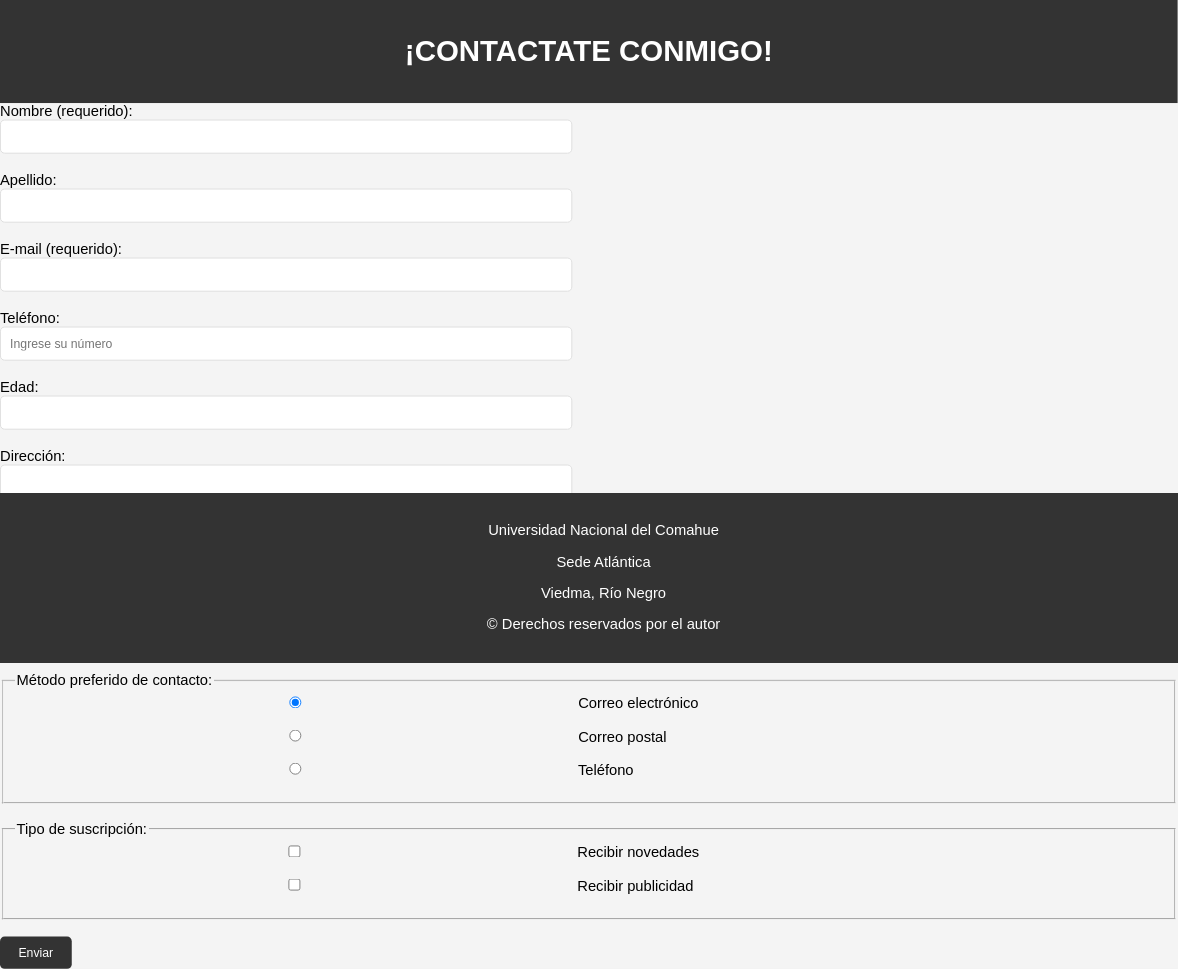
Repository: SofiaSferco/LaboratoriosPEYLW-SofiaSferco
Page: correcciones/contacto.html
An editor plug-in stored every save of this project. The page is shown before and after the next save, followed by the edit.
The browser window is 1280 px wide. The pictures show the whole page, at 92% of full size.

Above is the page before, as saved 2024-10-31 20:27:37.

After the next save:
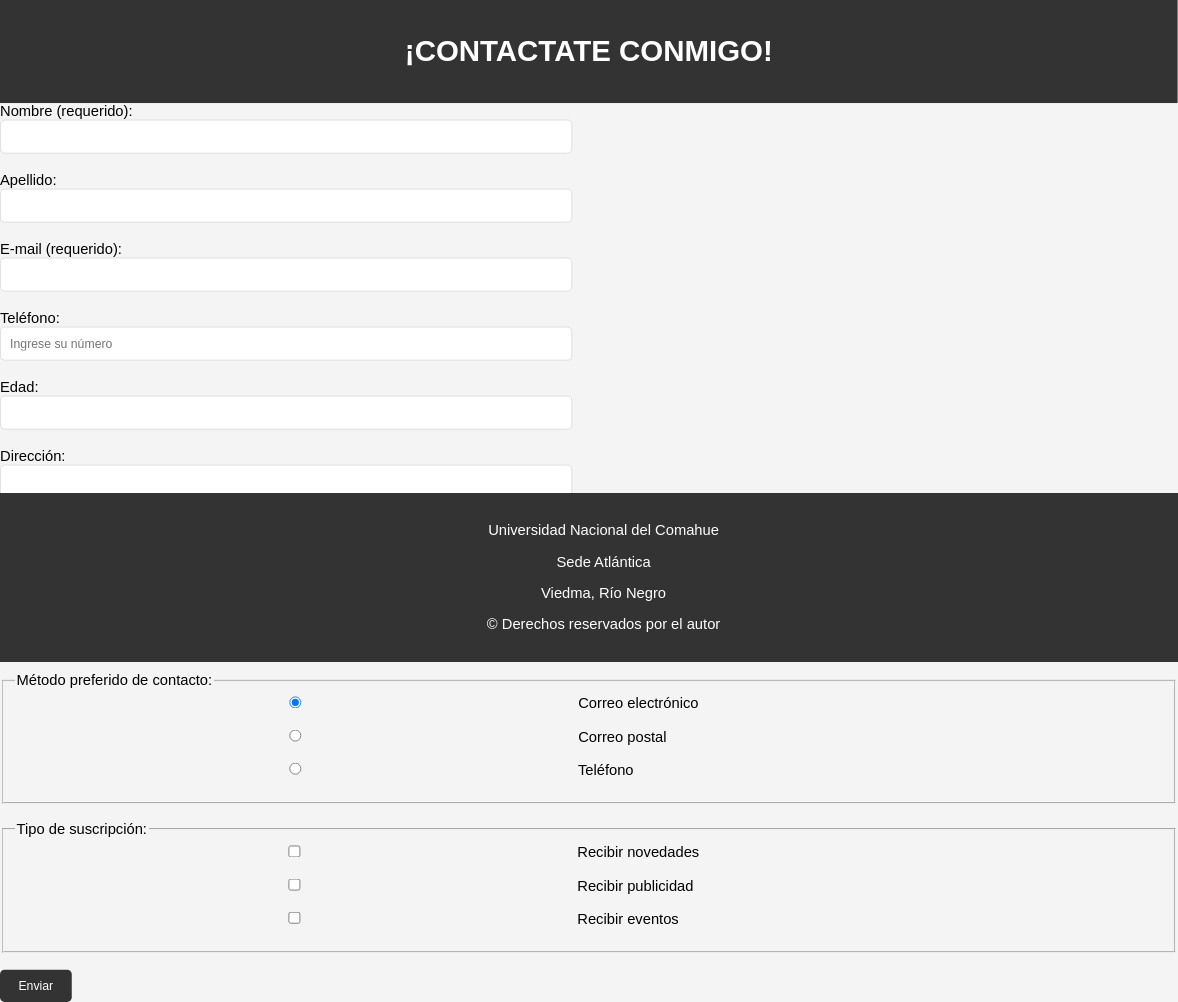
Saved 5 min 12 s later.
--- a/correcciones/contacto.html
+++ b/correcciones/contacto.html
@@ -25,7 +25,7 @@
             <input type="email" id="email" name="email" required><br>
 
             <label for="tel">Teléfono:</label><br>
-            <input type="tel" id="tel" name="tel" placeholder="Ingrese su número"><br>
+            <input type="tel" id="tel" name="telefono" placeholder="Ingrese su número"><br>
 
             <label for="edad">Edad:</label><br>
             <input type="number" id="edad" name="edad" min="16" max="120"><br>
@@ -43,24 +43,28 @@
             </datalist><br>
 
             <label for="codpos">Código Postal:</label><br>
-            <input type="text" id="codpos" name="codpos" pattern="[A-Z]\d{4}[A-Z]{3}" title="El formato debe tener la forma A1234ABC"><br>
+            <input type="text" id="codpos" name="codigo_postal" pattern="[A-Z]\d{4}[A-Z]{3}" title="El formato debe tener la forma A1234ABC"><br>
 
+            <!-- Método preferido de contacto: todos los inputs comparten el mismo atributo name -->
             <fieldset>
                 <legend>Método preferido de contacto:</legend>
-                <input type="radio" name="contacto" id="correo_electronico" checked>
+                <input type="radio" name="contacto_preferido" id="correo_electronico" value="correo_electronico" checked>
                 <label for="correo_electronico">Correo electrónico</label><br>
-                <input type="radio" name="contacto" id="correo_postal">
+                <input type="radio" name="contacto_preferido" id="correo_postal" value="correo_postal">
                 <label for="correo_postal">Correo postal</label><br>
-                <input type="radio" name="contacto" id="telefono">
+                <input type="radio" name="contacto_preferido" id="telefono" value="telefono">
                 <label for="telefono">Teléfono</label>
             </fieldset><br>
 
+            <!-- Tipo de suscripción: todos los inputs comparten el mismo atributo name -->
             <fieldset>
                 <legend>Tipo de suscripción:</legend>
-                <input type="checkbox" id="novedades">
+                <input type="checkbox" id="novedades" name="suscripcion[]" value="novedades">
                 <label for="novedades">Recibir novedades</label><br>
-                <input type="checkbox" id="publicidad">
-                <label for="publicidad">Recibir publicidad</label>
+                <input type="checkbox" id="publicidad" name="suscripcion[]" value="publicidad">
+                <label for="publicidad">Recibir publicidad</label><br>
+                <input type="checkbox" id="eventos" name="suscripcion[]" value="eventos">
+                <label for="eventos">Recibir eventos</label>
             </fieldset><br>
 
             <button type="submit">Enviar</button>
